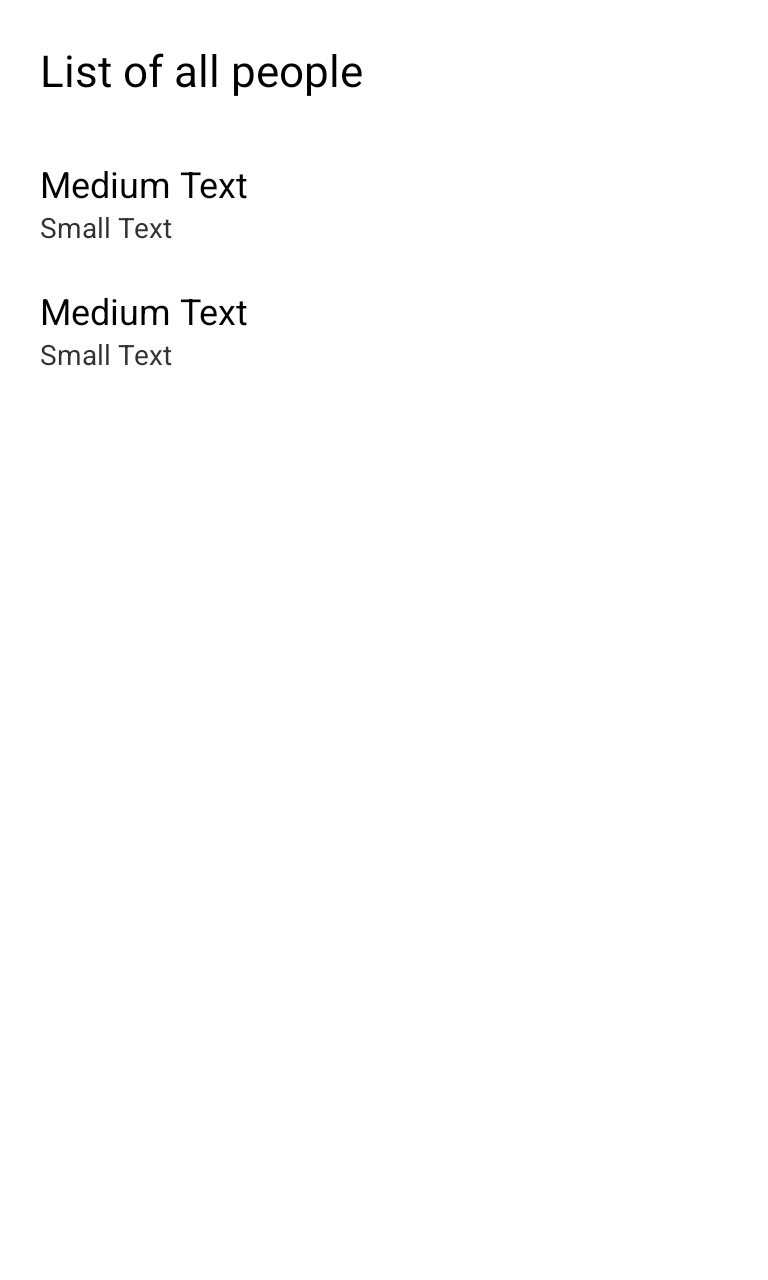
Repository: SimonIsMe/workspace_android
Layout: Lista5/res/layout/activity_list_of_people.xml
These files come from the project's save history. The layout is drawn as it stood at one moment and after the next save; the edit follows.
It is drawn on a 768 x 1280 px phone screen (xhdpi) without system bars, with theme AppTheme; the app's code is not run.

Above is the layout before, as saved 2012-12-10 13:08:59.

### Lista5/res/layout/activity_list_of_people.xml
<RelativeLayout xmlns:android="http://schemas.android.com/apk/res/android"
    xmlns:tools="http://schemas.android.com/tools"
    android:layout_width="fill_parent"
    android:layout_height="fill_parent" >

    <TableLayout
        android:layout_width="fill_parent"
        android:layout_height="fill_parent"
        android:layout_alignParentLeft="true"
        android:layout_alignParentTop="true"
        android:layout_margin="20dp" >

        <TableRow
            android:id="@+id/tableRow1"
            android:layout_width="fill_parent"
            android:layout_height="wrap_content" >

            <TextView
                android:id="@+id/textView1"
                android:layout_width="fill_parent"
                android:layout_height="wrap_content"
                android:layout_marginBottom="30dp"
                android:layout_weight="1"
                android:text="List of all people"
                android:textAppearance="?android:attr/textAppearanceLarge" />
        </TableRow>

        <TableRow
            android:id="@+id/tableRow2"
            android:layout_width="fill_parent"
            android:layout_height="wrap_content" >

            <TextView
                android:id="@+id/fullName1"
                android:layout_width="fill_parent"
                android:layout_height="wrap_content"
                android:layout_weight="1"
                android:text="Medium Text"
                android:textAppearance="?android:attr/textAppearanceMedium" />
        </TableRow>

        <TableRow
            android:id="@+id/tableRow3"
            android:layout_width="fill_parent"
            android:layout_height="wrap_content"
            android:layout_marginBottom="20dp" >

            <TextView
                android:id="@+id/textView3"
                android:layout_width="fill_parent"
                android:layout_height="wrap_content"
                android:text="Small Text"
                android:textAppearance="?android:attr/textAppearanceSmall" />
        </TableRow>

        <TableRow
            android:id="@+id/TableRow01"
            android:layout_width="fill_parent"
            android:layout_height="wrap_content" >

            <TextView
                android:id="@+id/TextView01"
                android:layout_width="fill_parent"
                android:layout_height="wrap_content"
                android:layout_weight="1"
                android:text="Medium Text"
                android:textAppearance="?android:attr/textAppearanceMedium" />
        </TableRow>

        <TableRow
            android:id="@+id/TableRow02"
            android:layout_width="fill_parent"
            android:layout_height="wrap_content"
            android:layout_marginBottom="20dp" >

            <TextView
                android:id="@+id/TextView02"
                android:layout_width="fill_parent"
                android:layout_height="wrap_content"
                android:text="Small Text"
                android:textAppearance="?android:attr/textAppearanceSmall" />
        </TableRow>
    </TableLayout>

</RelativeLayout>

Loaded but not shown: Lista5/res/values/styles.xml (common file)

After the next save:
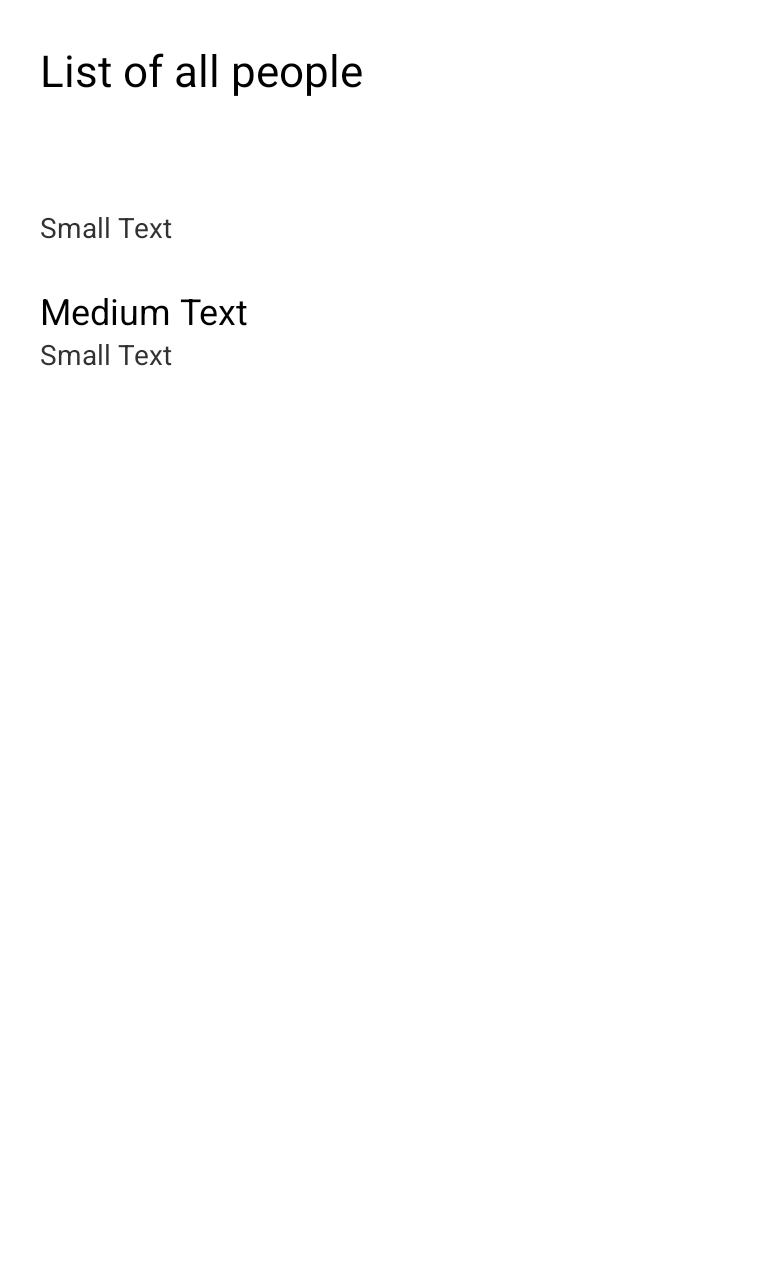
Saved 5 s later.
--- a/Lista5/res/layout/activity_list_of_people.xml
+++ b/Lista5/res/layout/activity_list_of_people.xml
@@ -35,7 +35,7 @@
                 android:layout_width="fill_parent"
                 android:layout_height="wrap_content"
                 android:layout_weight="1"
-                android:text="Medium Text"
+                android:text=""
                 android:textAppearance="?android:attr/textAppearanceMedium" />
         </TableRow>
 
